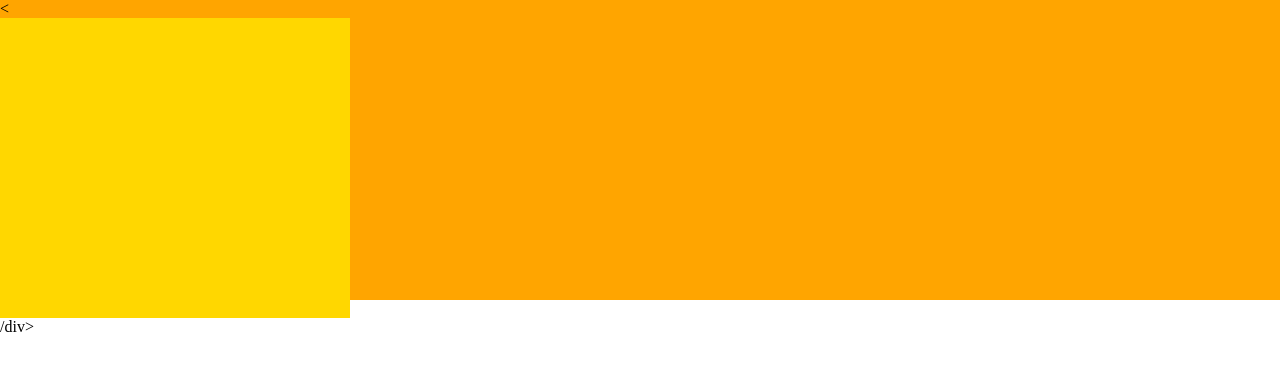
Repository: takanauti/task
Page: caravan/index.html
The author's editor kept a record of every edit. The page is drawn from the files as they stood at one moment, then again after the next edit.
The browser window is 1280 px wide. The pictures show the whole page.

Above is the page before.

After the next edit:
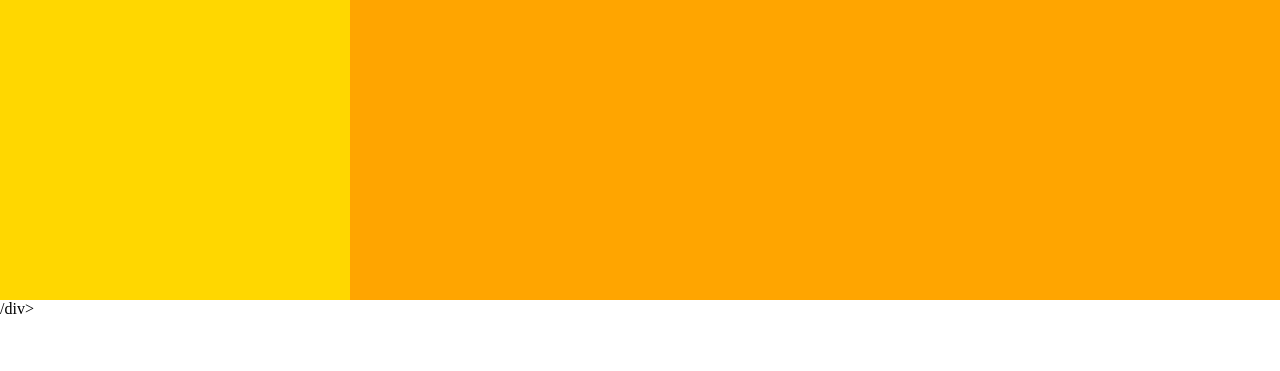
The edit:
--- a/caravan/index.html
+++ b/caravan/index.html
@@ -13,7 +13,7 @@
       <div class="header-top"></div>
       <div class="header-bottom"></div>
         <!-- main-visual用のdiv -->
-    <div class="main-visual"><
+    <div class="main-visual">
     <div class="main-visual-content"></div>
     /div>
 
